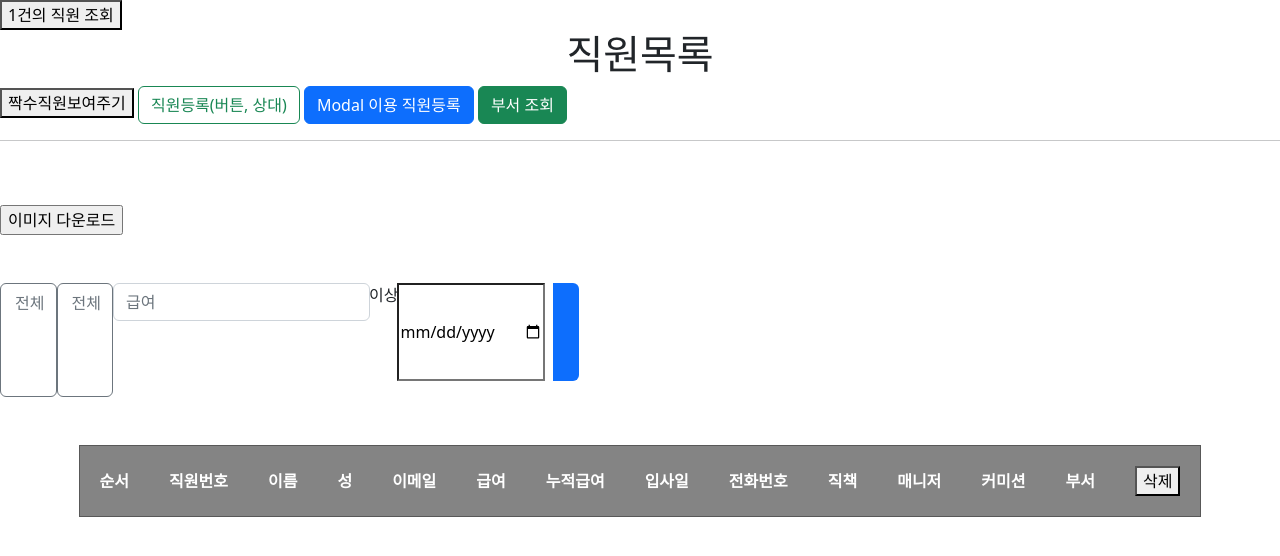
Repository: leessol/spring1
Page: http://localhost/springMVCProject/WEB-INF/views/emp/empSelect.jsp
An editor plug-in stored every save of this project. The page is shown before and after the next save, followed by the edit.
The browser window is 1280 px wide. The pictures show the whole page.
The page is served by Tomcat 9. Nobody is signed in. The template is opened directly, without the code that normally fills it, so the values that code supplies are empty.

Above is the page before, as saved 2023-05-10 05:31:34.

After the next save:
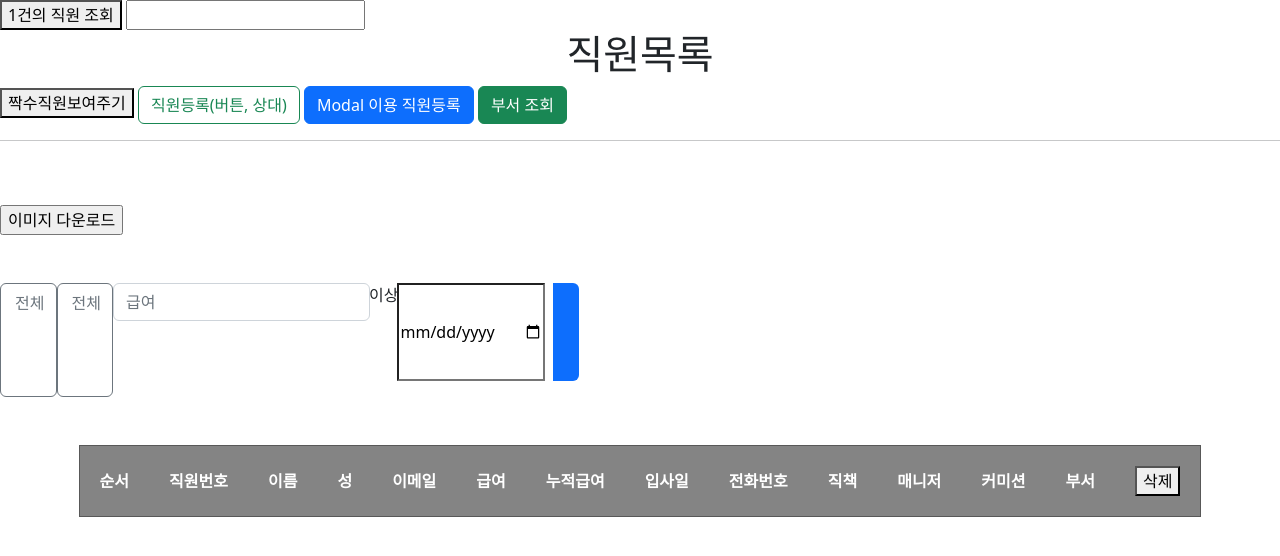
Saved 29 s later.
--- a/springMVCProject/src/main/webapp/WEB-INF/views/emp/empSelect.jsp
+++ b/springMVCProject/src/main/webapp/WEB-INF/views/emp/empSelect.jsp
@@ -105,6 +105,7 @@ tr th {
 
 		<!-- restful 방식 연습 -->
 		<button id="btn1">1건의 직원 조회</button>
+		<input type="number" id="empid" />
 
 		<h1>직원목록</h1>
 		<!-- include 지시자: 합쳐서 컴파일한다. include 디렉티브는 소스를 합쳐서 컴파일한다.  -->
